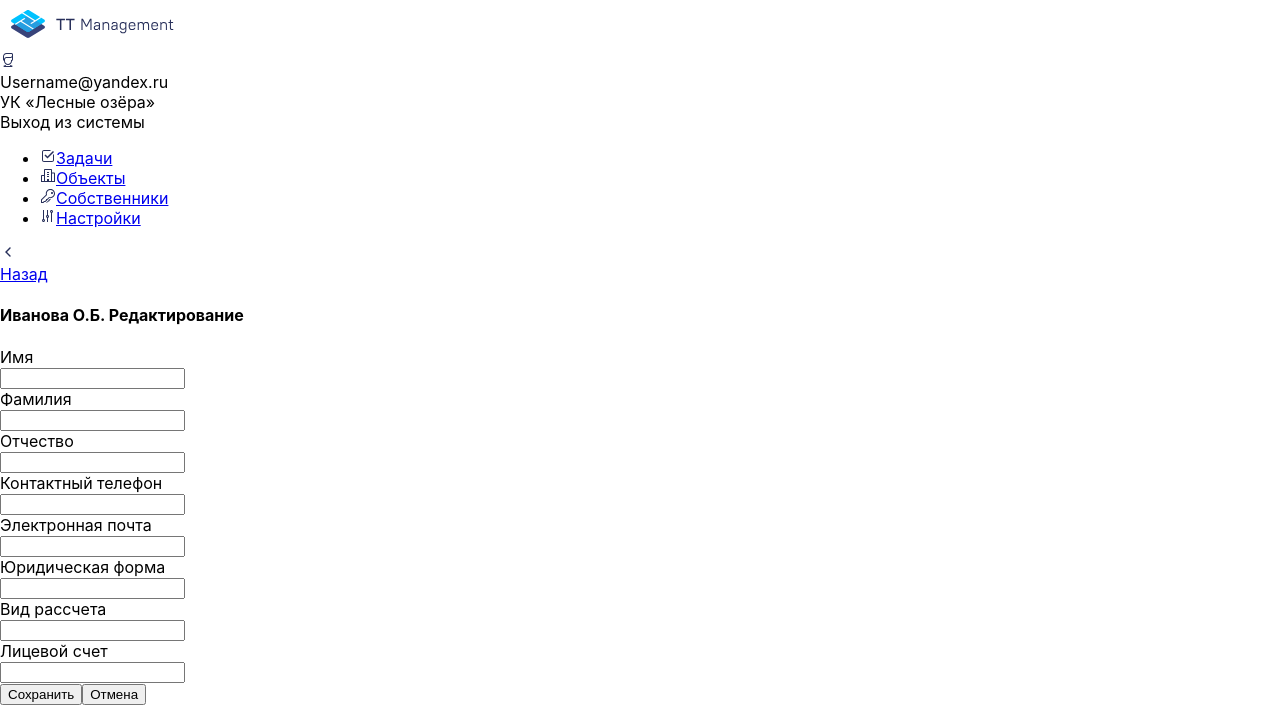
Repository: TryBr/tt-management
Page: /owners/1/edit
These files come from the project's save history. The page is drawn as it stood at one moment and after the next save; the edit follows.
The browser window is 1280 px wide. The pictures show the whole page.
The project was rebuilt for these pictures with package versions that can differ from the ones it lists, and the page was loaded fresh each time. Also part of the build but not shown: src/App.css, src/TaskDetail.js, src/Owners.js, src/OwnerDetail.js.

Above is the page before, as saved 2020-07-21 10:27:37.

After the next save:
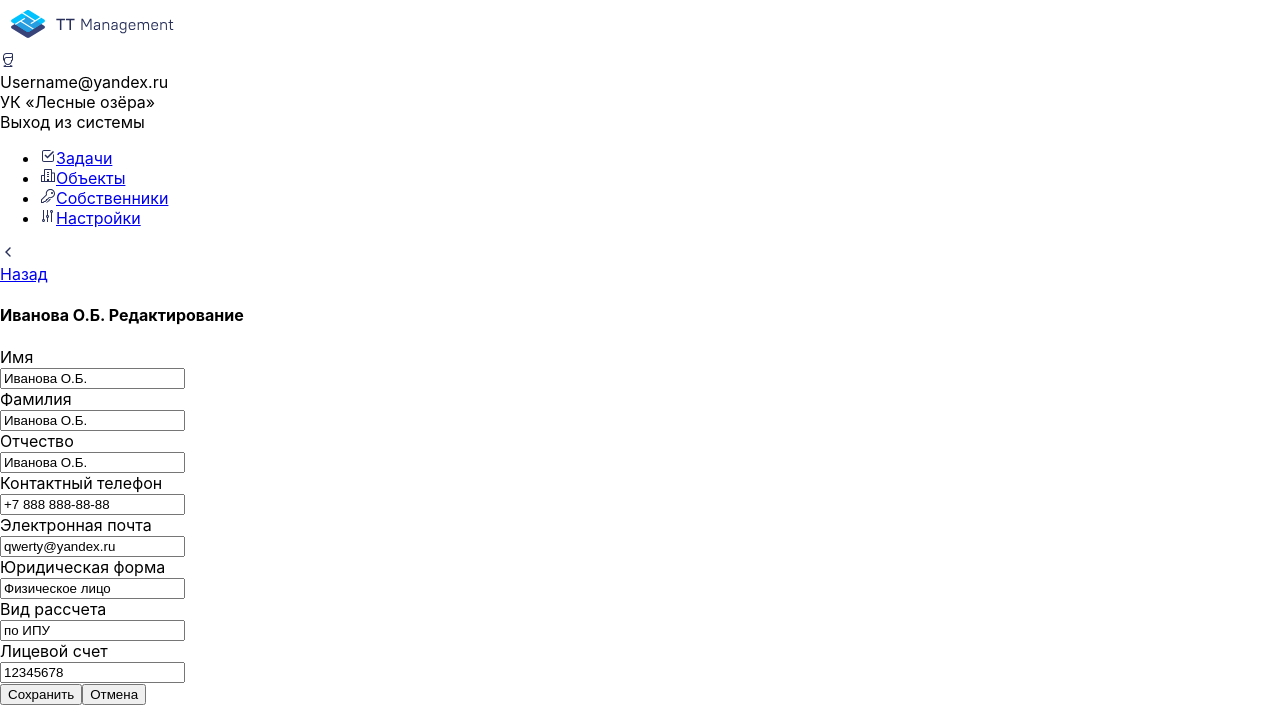
Saved 6 min 48 s later.
--- a/src/OwnerEdit.js
+++ b/src/OwnerEdit.js
@@ -37,28 +37,28 @@ const OwnerEdit = ({ owner }) => {
                 <Col span={12}>
                         <Form layout={"vertical"} size={"middle"}>
                             <Form.Item label="Имя">
-                            <Input />
+                            <Input value={owner[id].fio} />
                             </Form.Item>
                             <Form.Item label="Фамилия">
-                            <Input />
+                            <Input value={owner[id].fio} />
                             </Form.Item>
                             <Form.Item label="Отчество">
-                            <Input />
+                            <Input value={owner[id].fio} />
                             </Form.Item>
                             <Form.Item label="Контактный телефон">
-                            <Input />
+                            <Input value={owner[id].phone} />
                             </Form.Item>
                             <Form.Item label="Электронная почта">
-                            <Input />
+                            <Input value={owner[id].email} />
                             </Form.Item>
                             <Form.Item label="Юридическая форма">
-                            <Input />
+                            <Input value={owner[id].legalForm} />
                             </Form.Item>
                             <Form.Item label="Вид рассчета">
-                            <Input />
+                            <Input value={owner[id].payType} />
                             </Form.Item>
                             <Form.Item label="Лицевой счет">
-                            <Input />
+                            <Input value={owner[id].accountNumber} />
                             </Form.Item>
 
                             <Form.Item>
